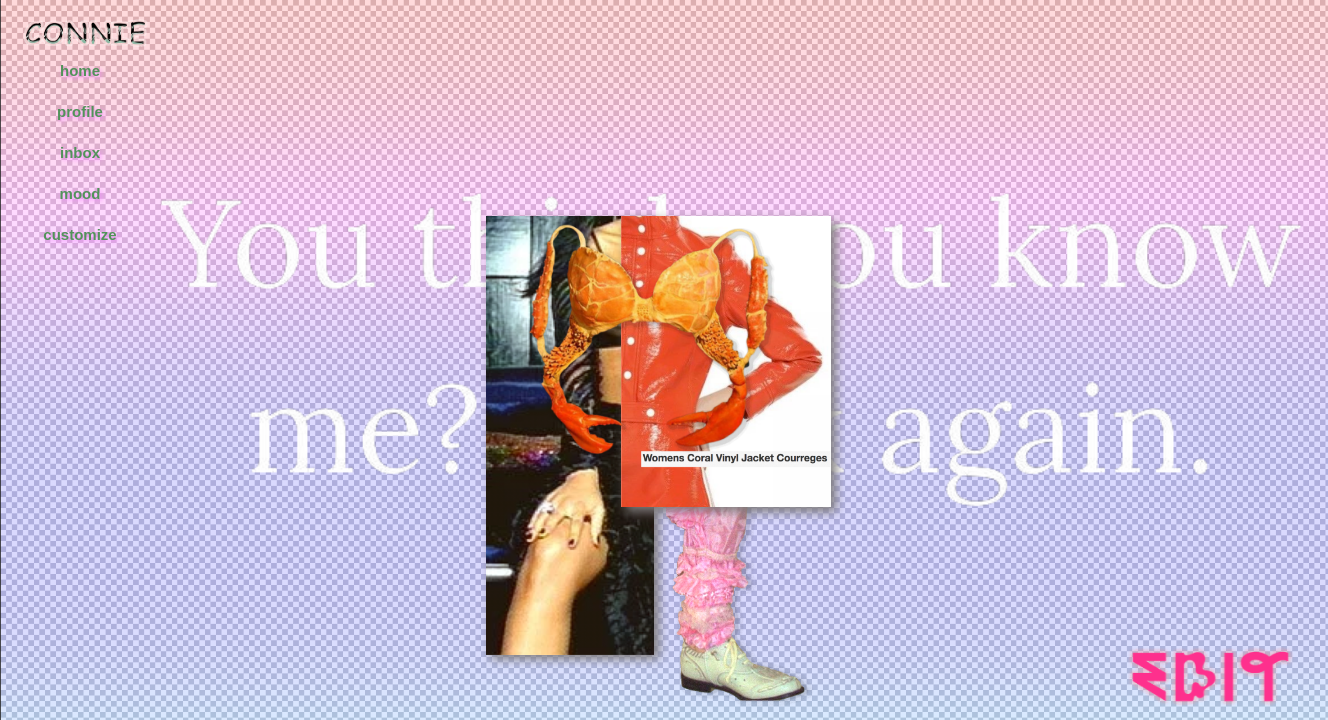
Repository: xuc009/xuc009.github.io
Page: track14/index.html
The author's editor kept a copy of each file at every save. The page is drawn from the files as they stood at one save, then again after the next save.
The browser window is 1280 px wide. The page is 1328 px wide, then 1315 px, so the pictures cover 1328 px, including what lies to the right of the window. The pictures show the whole page.
Some web fonts or font styles are not loaded; a fallback is used. Some web libraries are served in a nearby version.

Above is the page before, as saved 2018-12-08 17:31:28.

### track14/index.html
<!DOCTYPE html>
<html lang="en">
  <head>
    <title>Track 10</title>
    <link rel="shortcut icon" href="" />
    <meta charset="utf-8">
    <meta name="description" content="" />
    <meta property="og:image" content=""/>
    <meta name="viewport" content="width=device-width, initial-scale=1" />
    <script src="https://ajax.googleapis.com/ajax/libs/jquery/3.3.1/jquery.min.js"></script>
    <script src="https://www.w3schools.com/lib/w3.js"></script>
    <link href="assets/css/styles.css" media="all" rel="stylesheet" />
    <meta charset="utf-8" />
    <title>jQuery UI Draggable - Default functionality</title>
    <link rel="stylesheet" href="http://code.jquery.com/ui/1.9.2/themes/base/jquery-ui.css" />
    <script src="http://code.jquery.com/jquery-1.8.3.js"></script>
    <script src="http://code.jquery.com/ui/1.9.2/jquery-ui.js"></script>
    <link href="https://fonts.googleapis.com/css?family=Michroma" rel="stylesheet">
    <style>
    .draggable { width: 0px; height: 0px; padding: 0; }
    </style>
    <script>
    $(function() {
        $( ".draggable" ).draggable();
    });
    </script>

  </head>

  <body>

      <div class="dropdown">
          <button class="dropbtn"><img src="assets/img/conniemenu.gif" width="140px"></button>
          <div class="dropdown-content">
            <a href="#">home</a>
            <a href="#">profile</a>
            <a href="#">inbox</a>
            <a href="#">mood</a>
            <a href="#">customize</a>
          </div>
        </div>

      <div class="edit">
        <a href="https://xuc009.github.io/track10/index.html">
        <img src="assets/img/edit.png" width="300px">
        </a>
      </div>

    <div id="draggable1" class="ui-widget-content draggable tooltip">
        <span class="tooltiptext">id.png</span>
       <img src="assets/img/britney.png" width="1200px">
      </div>

      <div id="draggable2" class="ui-widget-content draggable tooltip">
          <span class="tooltiptext">↗ Aaliyah by me 🔗📹🤗🦋✨ ⬈</span>
        <a href="https://xuc009.github.io/track2/index.html" target="_blank">
          <img src="assets/img/torsob1.png" width="168px">
        </a>
      </div>

      <div id="draggable3" class="ui-widget-content draggable tooltip">
          <span class="tooltiptext">https://goo.gl/MuuDqj</span>
          <a href="https://goo.gl/MuuDqj" target="_blank">
          <img src="assets/img/foot1.png" width="149px">
          </a>
        </div>

     <div id="draggable4" class="ui-widget-content draggable four tooltip">
        <span class="tooltiptext">https://ebay.us/9TBpsq</span>
        <a href="https://ebay.us/9TBpsq" target="_blank">
            <img src="assets/img/torsoa1.png" width="210px">
        </a>
          </div>

      <div id="draggable5" class="ui-widget-content draggable five tooltip">
          <span class="tooltiptext">https://www.instagram.com/p/BoPapCyAAdp/</span>
          <a href="https://www.instagram.com/p/BoPapCyAAdp/" target="_blank">
          <img src="assets/img/bra1.png" width="250px">
          </a>
        </div>









      </div>
    </div>

  </body>
</html>

### track14/assets/css/styles.css
* { box-sizing: border-box; }

body{
	background-color: #ffffff;
	background-image: url('../img/background.png');
	background-size: 1500px;
	margin: 0 auto 0 auto;
	display: inline-block;
    font-size: 0px;
}

.tooltip {
    position: relative;
    display: inline-block;
    border-bottom: 1px dotted black;
}

.tooltip .tooltiptext {
    visibility: hidden;
    /* width: 120px; */
    background-color: #FF308D;
    color: #00E6FF;
    text-align: center;
    padding: 5px 10px;
    font-size:15px;
    font-family: Arial, Helvetica, sans-serif;
    font-weight: 400;

    /* Position the tooltip */
    position: fixed;
    z-index: 1;
    bottom: 0px;
    left:0 ;
}

.tooltip:hover .tooltiptext {
    visibility: visible;
}

a { cursor: move; }

.draggable{
    box-shadow: 5px 5px 10px #000000;
}

#draggable1{
    background: #fff;
    border: none;
    box-shadow: 5px 5px 10px #807d7d;
    cursor: move;
    position: absolute;
    top: 20%;
    left: 10%;
}


#draggable2 {
    width: 168px;
    height: 438.38px;
    border: none;
    box-shadow: 5px 5px 10px #807d7d;
    position: absolute;
    top: 30%;
    left: 38%;
    cursor: move;
}


#draggable3 {
    width: 365px;
    border: none;
    position: absolute;
    top: 65%;
    left: 52%;
    cursor: move;
}



#draggable4{
    position: absolute;
    width: 210px;
    height: 291px;
    top: 30%;
    left: 48.5%;
    cursor: move;
    border: none;
    box-shadow: 5px 5px 10px #807d7d;

}

#draggable5{
    position: absolute;
    top: 31%;
    left: 41%;
    cursor: move;
    border: none;
}

.edit{
    position: fixed;
    bottom:0;
    left: 83%;
    cursor: pointer;
    transition: all 300ms;
}

.edit:hover{
    transform: translateX(3px) translateY(-3px);
    /* transform: scale(1.05); */
}

.dropbtn {
    background-color: Transparent;
    width: 140px;
    height: 26px;
    padding: 16px;
    font-size: 16px;
    border: none;
    outline: none;
}

.dropdown {
    position: relative;
    width: 140px;
    display: inline-block;
}

.dropdown-content {
    display: none;
    position: absolute;
    background-color: transparent;
    min-width: 160px;
    text-shadow: 2px 2px 5px #F48BFF;
    z-index: 1;
    font-size: 15px;
    text-align: center;
    font-family: Arial, Helvetica, sans-serif;
    font-weight: 600;
}

.dropdown-content a {
    color: #52935A;
    padding: 12px 16px;
    text-decoration: none;
    display: block;
}

.dropdown-content a:hover {text-shadow: 2px 2px 5px #54FAFF;}

.dropdown:hover .dropdown-content {display: block;}

.dropdown:hover .dropbtn {background-color: none;}

After the next save:
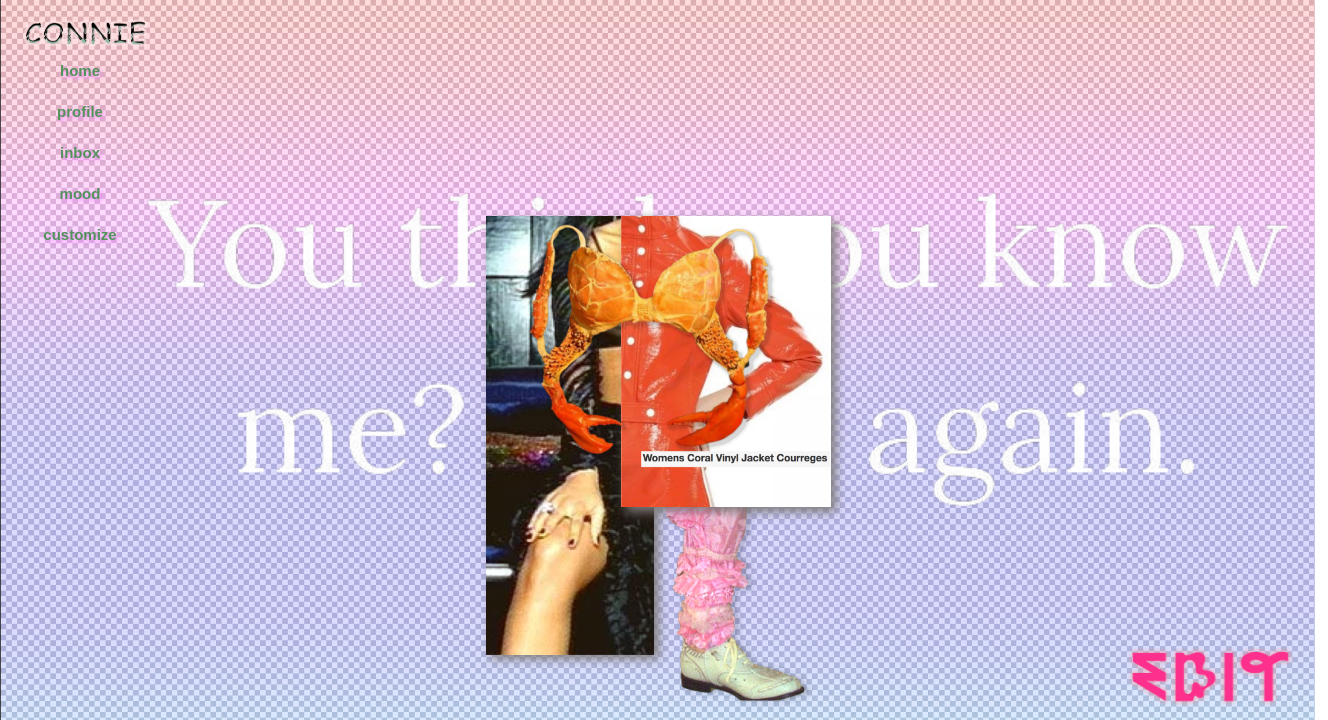
Saved 8 s later.
--- a/track14/assets/css/styles.css
+++ b/track14/assets/css/styles.css
@@ -50,7 +50,7 @@ a { cursor: move; }
     cursor: move;
     position: absolute;
     top: 20%;
-    left: 10%;
+    left: 9%;
 }
 
 
